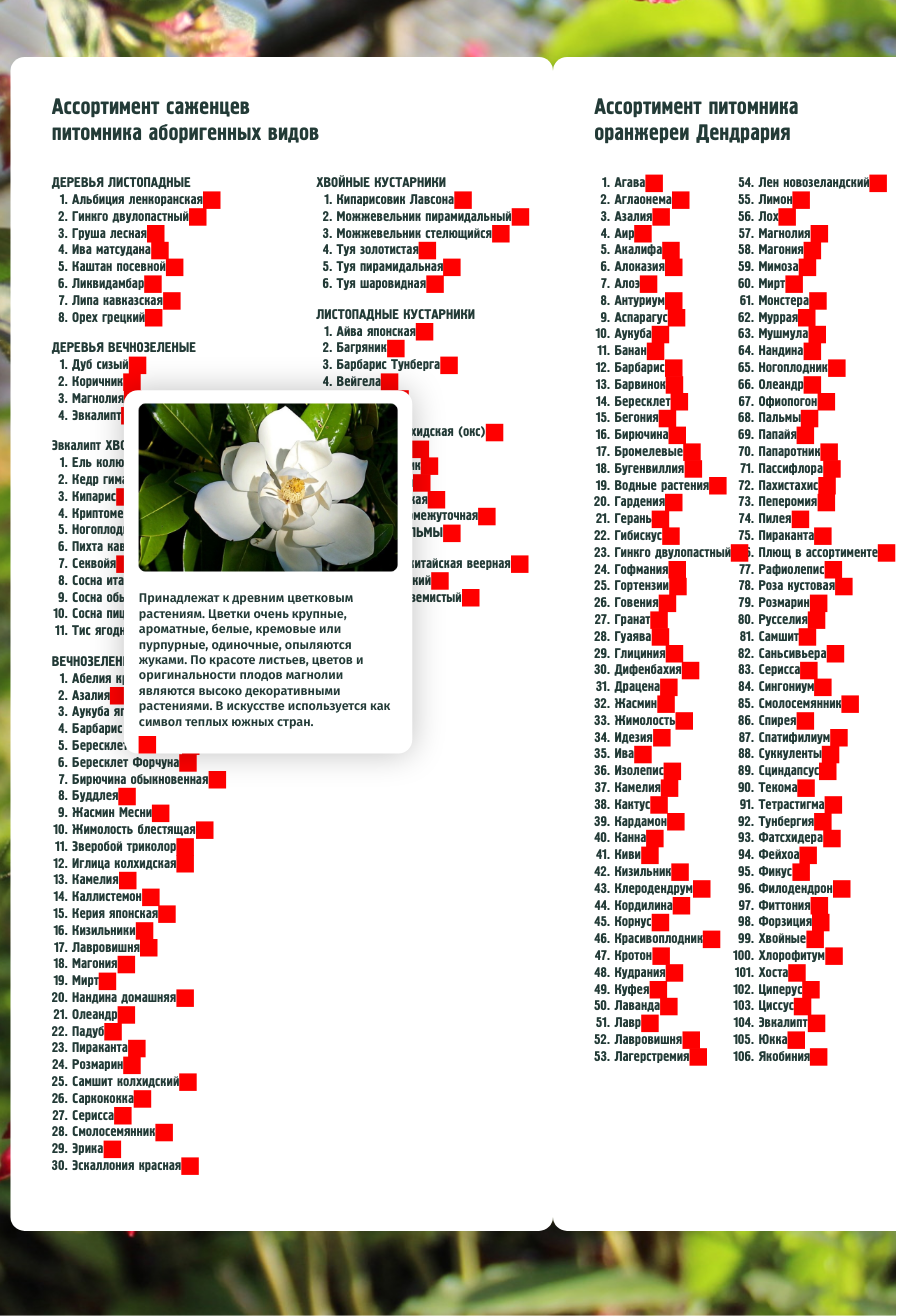
Repository: sem1103/np-sochi
Page: index.html
An editor plug-in stored every save of this project. The page is shown before and after the next save, followed by the edit.
The browser window is 1280 px wide. The page is 1313 px wide, so the pictures cover 1313 px, including what lies to the right of the window. The pictures show the part of the page from y = 718 to 2598 px (the page is 2598 px tall), at 70% of full size.

Above is the page before, as saved 2024-01-17 23:03:49.

After the next save:
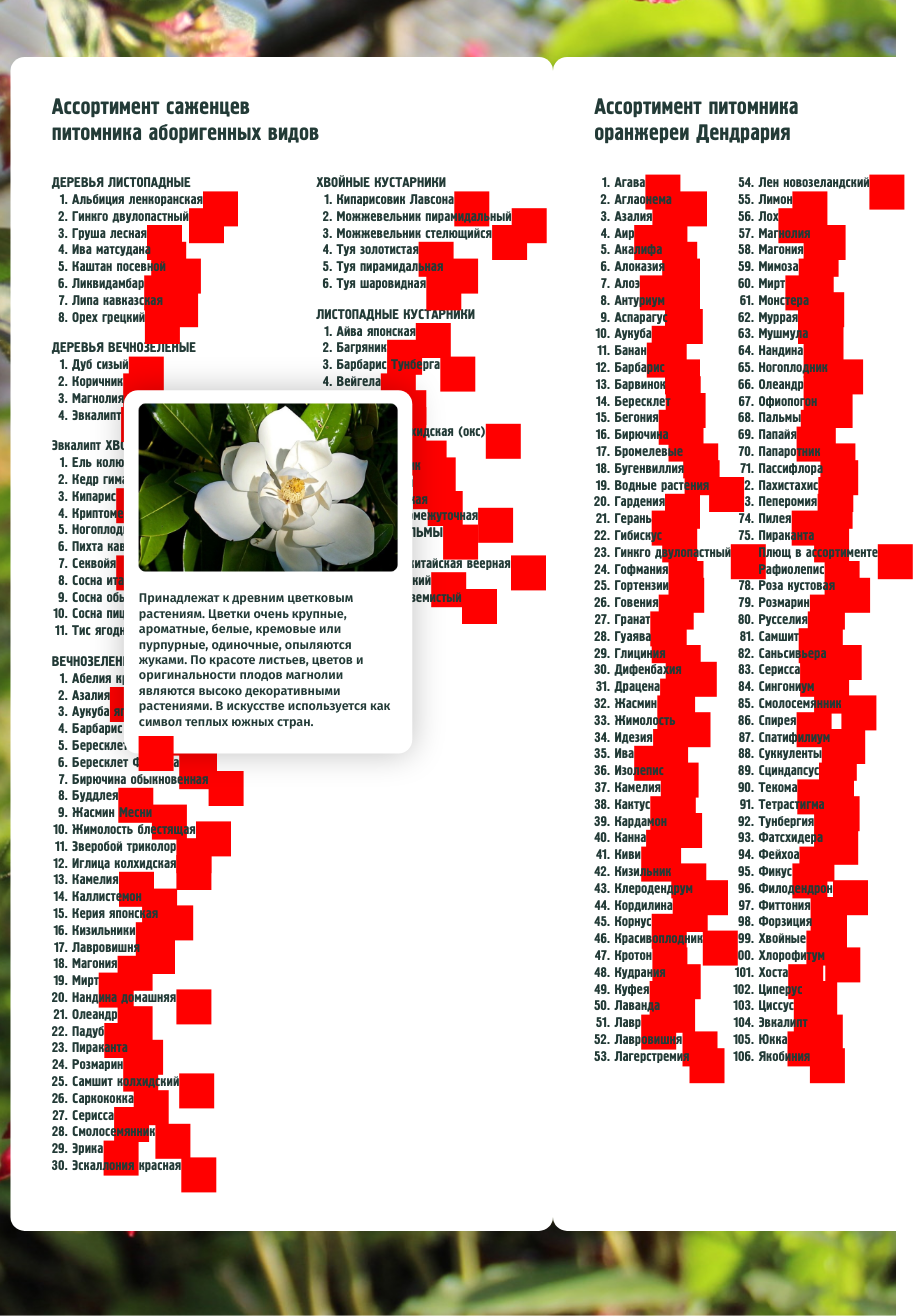
Saved 44 s later.
--- a/styles/main.css
+++ b/styles/main.css
@@ -100,9 +100,7 @@ ol div{
 ol div::after{
     content: '';
     position: absolute;
-    width: 25px;
-    height: 25px;
-    background: red;
+    border: 25px solid red;
 }
 .left__items{
     margin: 0 10px 0 0;
